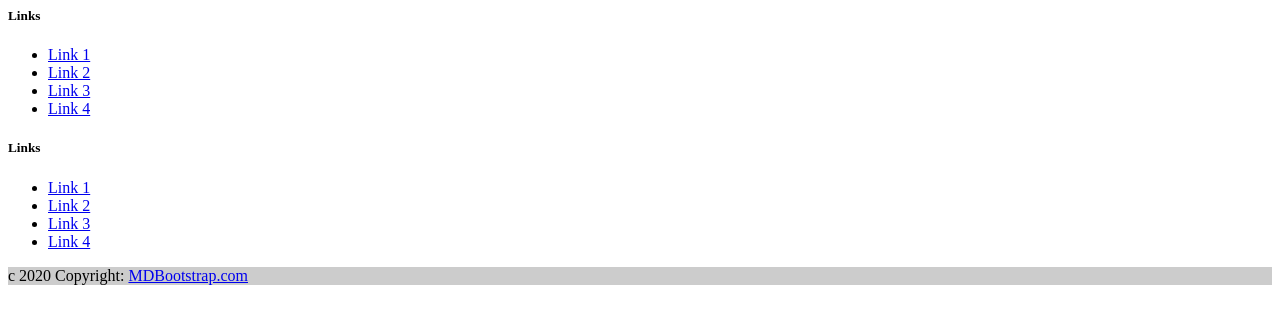
Repository: LucasV26/Projeto_TFT_3
Page: TFTbuilder/WebContent/Views/foot.html
These files come from the project's save history. The page is drawn as it stood at one moment and after the next save; the edit follows.
The browser window is 1280 px wide. The pictures show the whole page.

Above is the page before, as saved 2021-01-24 04:47:21.

### TFTbuilder/WebContent/Views/foot.html
		<!-- Footer -->
		<footer class="bg-dark text-light text-center text-lg-start">
		  <!-- Grid container -->
		  <div class="container p-4">
		    <!--Grid row-->
		    <div class="row">

		      <!--Grid column-->
		      <div class="col-lg-3 col-md-6 mb-4 mb-md-0">
		        <h5 class="text-uppercase">Links</h5>

		        <ul class="list-unstyled mb-0">
		          <li>
		            <a href="#!" class="text-dark">Link 1</a>
		          </li>
		          <li>
		            <a href="#!" class="text-dark">Link 2</a>
		          </li>
		          <li>
		            <a href="#!" class="text-dark">Link 3</a>
		          </li>
		          <li>
		            <a href="#!" class="text-dark">Link 4</a>
		          </li>
		        </ul>
		      </div>
		      <!--Grid column-->
			<div class="col-6">
			</div>
		      <!--Grid column-->
		      <div class="col-lg-3 col-md-6 mb-4 mb-md-0">
		        <h5 class="text-uppercase mb-0">Links</h5>

		        <ul class="list-unstyled">
		          <li>
		            <a href="#!" class="text-dark">Link 1</a>
		          </li>
		          <li>
		            <a href="#!" class="text-dark">Link 2</a>
		          </li>
		          <li>
		            <a href="#!" class="text-dark">Link 3</a>
		          </li>
		          <li>
		            <a href="#!" class="text-dark">Link 4</a>
		          </li>
		        </ul>
		      </div>
		      <!--Grid column-->
		    </div>
		    <!--Grid row-->
		  </div>
		  <!-- Grid container -->

		  <!-- Copyright -->
		  <div class="text-center p-3" style="background-color: rgba(0, 0, 0, 0.2)">
		    c 2020 Copyright:
		    <a class="text-dark" href="https://mdbootstrap.com/">MDBootstrap.com</a>
		  </div>
		  <!-- Copyright -->
		</footer>
		<!-- Footer -->
	</body>
	<script type="text/javascript" src="../MDB/js/mdb.min.js"></script>
</html>

Loaded but not shown: TFTbuilder/WebContent/MDB/js/mdb.min.js (library)

After the next save:
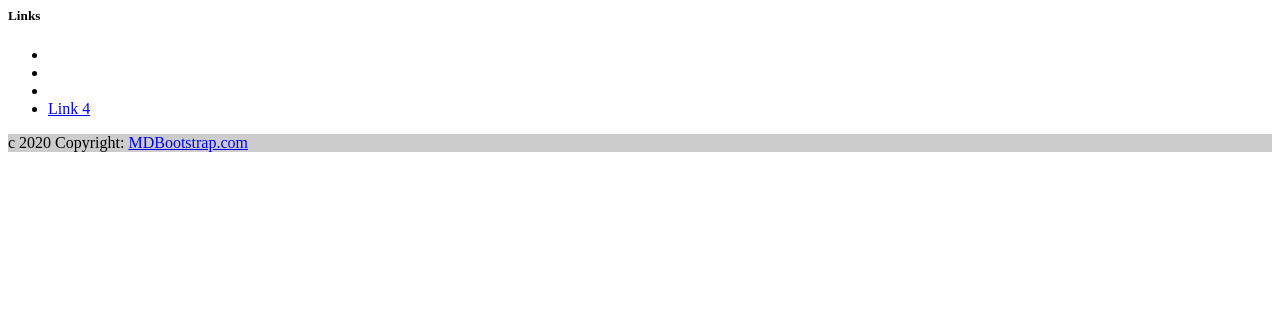
Saved 4 min 49 s later.
--- a/TFTbuilder/WebContent/Views/foot.html
+++ b/TFTbuilder/WebContent/Views/foot.html
@@ -11,35 +11,19 @@
 
 		        <ul class="list-unstyled mb-0">
 		          <li>
-		            <a href="#!" class="text-dark">Link 1</a>
+		            <a class="btn btn-primary" style="background-color: #3b5998" href="#!" role="button"
+					  ><i class="fab fa-facebook-f"></i
+					></a>
 		          </li>
 		          <li>
-		            <a href="#!" class="text-dark">Link 2</a>
+		            <a class="btn btn-primary" style="background-color: #ac2bac" href="#!" role="button"
+					  ><i class="fab fa-instagram"></i
+					></a>
 		          </li>
 		          <li>
-		            <a href="#!" class="text-dark">Link 3</a>
-		          </li>
-		          <li>
-		            <a href="#!" class="text-dark">Link 4</a>
-		          </li>
-		        </ul>
-		      </div>
-		      <!--Grid column-->
-			<div class="col-6">
-			</div>
-		      <!--Grid column-->
-		      <div class="col-lg-3 col-md-6 mb-4 mb-md-0">
-		        <h5 class="text-uppercase mb-0">Links</h5>
-
-		        <ul class="list-unstyled">
-		          <li>
-		            <a href="#!" class="text-dark">Link 1</a>
-		          </li>
-		          <li>
-		            <a href="#!" class="text-dark">Link 2</a>
-		          </li>
-		          <li>
-		            <a href="#!" class="text-dark">Link 3</a>
+		            <a class="btn btn-primary" style="background-color: #333333" href="#!" role="button"
+					  ><i class="fab fa-github"></i
+					></a>
 		          </li>
 		          <li>
 		            <a href="#!" class="text-dark">Link 4</a>
